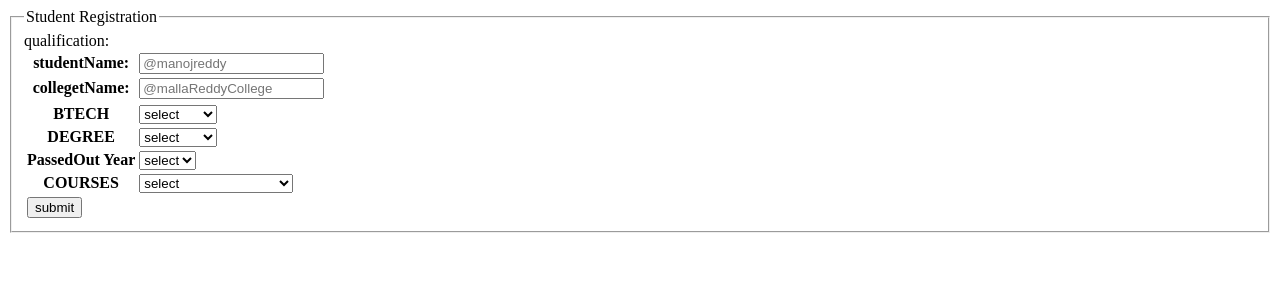
Repository: JanapatlaManojReddy/java
Page: http://localhost/institutionProject/StudentRegistration.jsp
An editor plug-in stored every save of this project. The page is shown before and after the next save, followed by the edit.
The browser window is 1280 px wide. The pictures show the whole page.
The page is served by Tomcat 9. Other server files are loaded and not shown.

Above is the page before, as saved 2023-08-19 13:00:06.

### institutionProject/src/main/webapp/StudentRegistration.jsp
<%@ page language="java" contentType="text/html; charset=ISO-8859-1"
    pageEncoding="ISO-8859-1"%>
<!DOCTYPE html>
<html>
<head>
<meta charset="ISO-8859-1">
<title>Insert title here</title>
</head>
<body>
<form>
<fieldSet action="studentServlet">
<legend>Student Registration</legend>
<div>
<table>

<tr>
<th>
<lable for="sname">studentName:</lable>
</th>

<td>
<input type="text" name="studentName" placeholder="@manojreddy" required autocomplete="off">
</td>
</tr>

<tr>

<th>
<lable for="cname" align="left">collegetName:</lable></th>
<td>
<input type="text" name="collegeName" placeholder="@mallaReddyCollege" required>
</td>

</tr>

<tr>
<lable >qualification:</lable>
</tr>

<tr>
<th>
<lable for="stream" align="left">BTECH</lable>
</th>
<td>
<select id ="stream" name="stream" >
<option value="select" selected>select</option>
<option value ="EEE">EEE</option>
<option value ="ECE">ECE</option>
<option value ="CSE">CSE</option>
<option value ="CIVIL">CIVIL</option>
<option value ="MECH">MECH</option>
<option value ="OTHERS">OTHERS</option>
</select>
</td>
</tr>
<tr>
<th>
<lable for="stream">DEGREE</lable></th>
<td>
<select id ="stream" name="stream" >
<option value="select" selected>select</option>
<option value ="EEE">EEE</option>
<option value ="ECE">ECE</option>
<option value ="CSE">CSE</option>
<option value ="CIVIL">CIVIL</option>
<option value ="MECH">MECH</option>
<option value ="OTHERS">OTHERS</option>
</select>
</td>
</tr>
<tr>
<th>
<lable for="pyear">PassedOut Year</lable>
</th>
<td>
<select id="pyear" name="pyear">
<option value="select" selected>select</option>
<option value="2018">2018</option>
<option value="2019">2019</option>
<option value="2020">2020</option>
<option value="2021">2021</option>
<option value="2022">2022</option>
<option value="2023">2023</option>


</select>
</td>
</tr>
<tr>
<th>
<lable for="courses">COURSES</lable></th>
<td>
<select id ="courses" name="courses">
<option value="select" selected>select</option>
<option value="JAVAFULLSTACK">JAVAFULLSTACK </option>
<option value="PYTHONFULLSTACK">PYTHONFULLSTACK </option>
<option value="JAVA">JAVA</option>
<option value="HTML/CSS">HTML/CSS </option>
<option value="ANGULAR/REACT">ANGULAR/REACT </option>
</select>
</td>
</tr>
<tr>
<td>
<input type="submit" value="submit">
</td>
</tr>

</table>
</div>

</fieldSet>
</form>

</body>
</body>
</html>

After the next save:
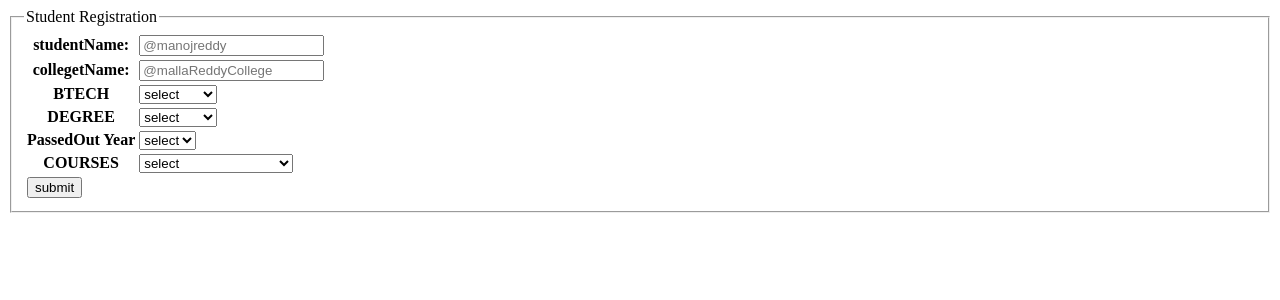
Saved 67 s later.
--- a/institutionProject/src/main/webapp/StudentRegistration.jsp
+++ b/institutionProject/src/main/webapp/StudentRegistration.jsp
@@ -33,9 +33,6 @@
 
 </tr>
 
-<tr>
-<lable >qualification:</lable>
-</tr>
 
 <tr>
 <th>
